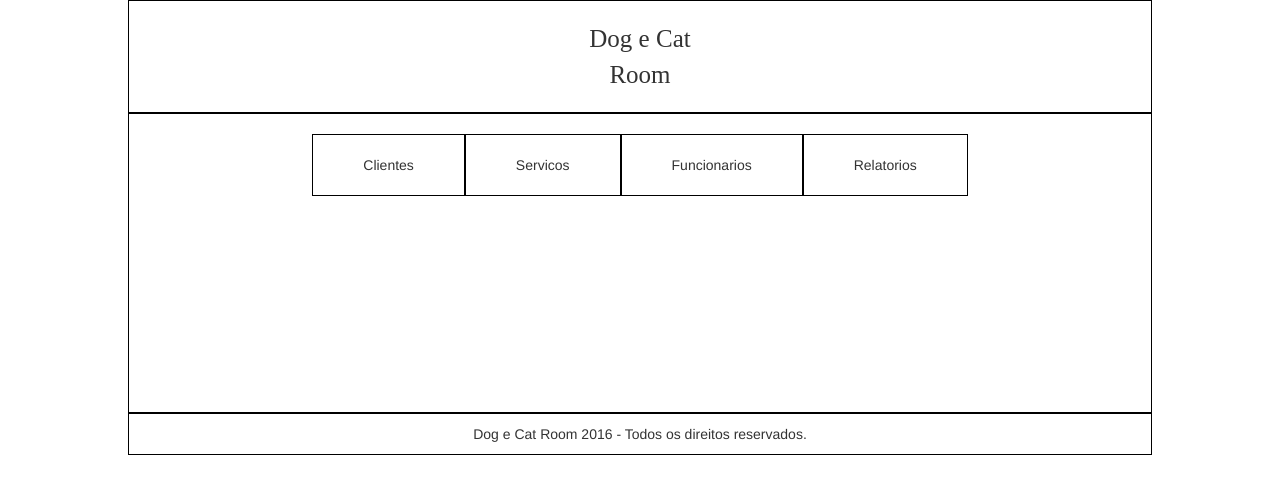
Repository: Natanzx/DogECatRoom
Page: http://localhost/DogECatRoom/principal.jsp
These files come from the project's save history. The page is drawn as it stood at one moment and after the next save; the edit follows.
The browser window is 1280 px wide. The pictures show the whole page.
The page is served by Tomcat 9.

Above is the page before, as saved 2016-05-15 20:06:27.

After the next save:
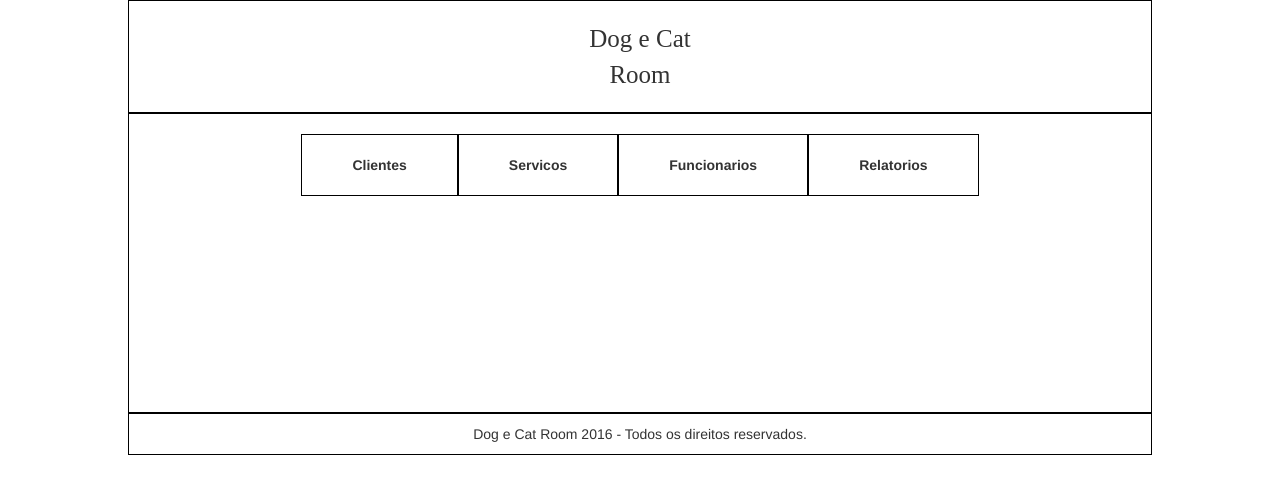
Saved 114 s later.
--- a/DogECatRoom/WebContent/bibliotecas/css/estilos.css
+++ b/DogECatRoom/WebContent/bibliotecas/css/estilos.css
@@ -38,4 +38,5 @@
 	display				: table;
 	padding				: 20px 50px;
 	float				: left;
+	font-weight			: bold;
 }
